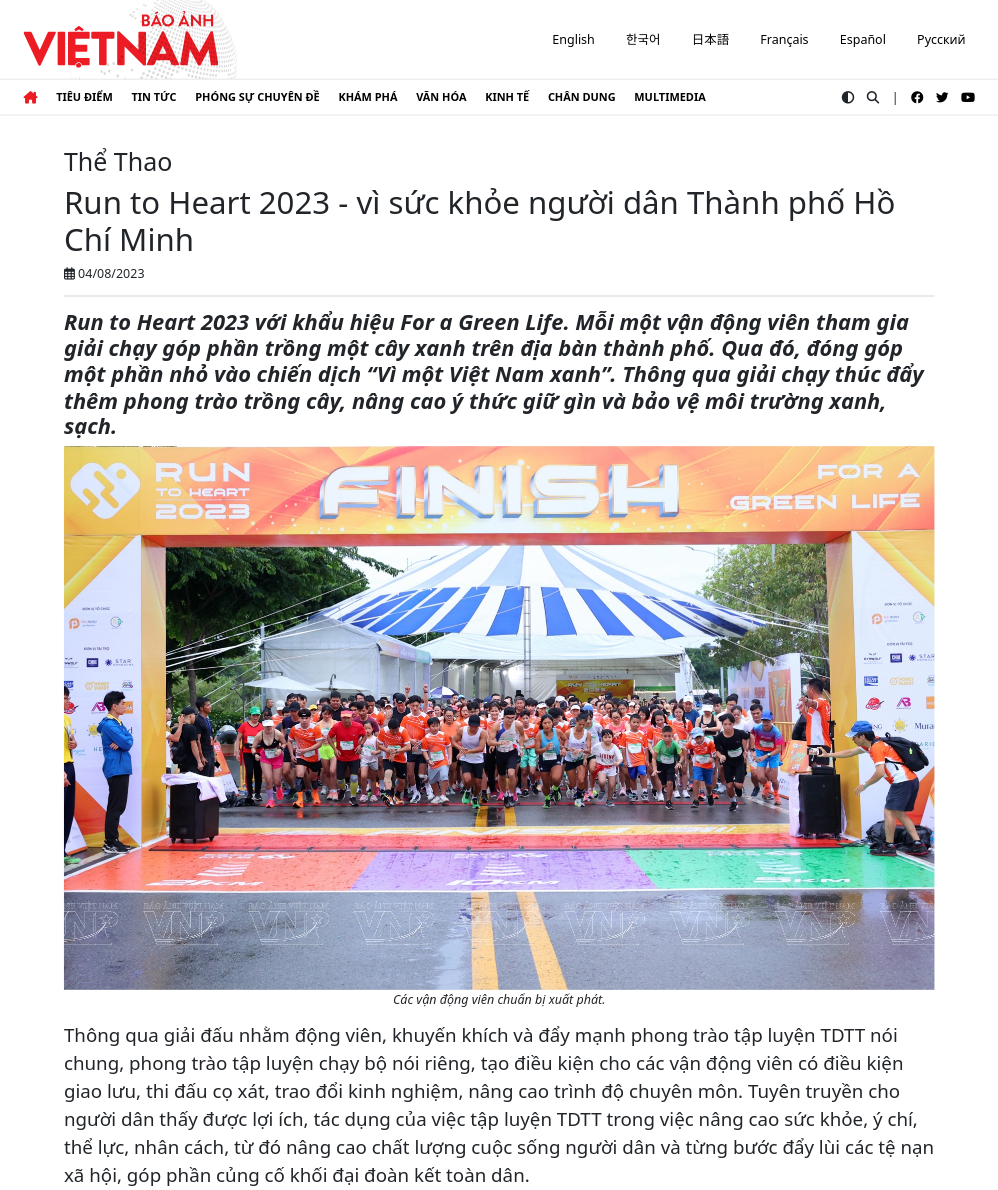
Repository: kietdotshp/webtintuc
Page: Detail.html
The author's editor kept a copy of each file at every save. The page is drawn from the files as they stood at one save, then again after a run of saves.
The browser window is 1280 px wide. The pictures show the whole page, at 78% of full size.
Some web libraries are served in a nearby version.

Above is the page before, as saved 2023-08-10 16:21:34.

### Detail.html
<!DOCTYPE html>
<html lang="en">

<head>
    <title></title>
    <meta charset="UTF-8">
    <meta name="viewport" content="width=device-width, initial-scale=1">
    <link href="assets/css/detail.css" rel="stylesheet">
    <link href="https://cdn.jsdelivr.net/npm/bootstrap@5.3.1/dist/css/bootstrap.min.css" rel="stylesheet"
        integrity="sha384-4bw+/aepP/YC94hEpVNVgiZdgIC5+VKNBQNGCHeKRQN+PtmoHDEXuppvnDJzQIu9" crossorigin="anonymous">
    <link href="https://cdn.jsdelivr.net/npm/bootstrap@5.3.1/dist/css/bootstrap.min.css" rel="stylesheet"
        integrity="sha384-4bw+/aepP/YC94hEpVNVgiZdgIC5+VKNBQNGCHeKRQN+PtmoHDEXuppvnDJzQIu9" crossorigin="anonymous" />
    <script src="https://cdn.jsdelivr.net/npm/bootstrap@5.3.1/dist/js/bootstrap.bundle.min.js"></script>
    <script src="https://kit.fontawesome.com/a076d05399.js"></script>
    <link rel="stylesheet" href="https://cdnjs.cloudflare.com/ajax/libs/font-awesome/6.4.2/css/all.min.css"
        integrity="sha512-z3gLpd7yknf1YoNbCzqRKc4qyor8gaKU1qmn+CShxbuBusANI9QpRohGBreCFkKxLhei6S9CQXFEbbKuqLg0DA=="
        crossorigin="anonymous" referrerpolicy="no-referrer" />

    <link rel="stylesheet" href="https://cdnjs.cloudflare.com/ajax/libs/font-awesome/4.7.0/css/font-awesome.min.css" />
</head>

<header>
    <div class="container-custom">
        <section class="d-flex align-items-center justify-content-between">
            <!-- Web logo -->
            <figure class="web-logo">
                <img src="./assets/images/logo-vi.svg" alt="Logo" class="img-contain" />
            </figure>

            <div class="d-none d-lg-flex align-items-center gap-3">
                <a href="javascript:void(0)" class="choose-lang">English</a>
                <a href="javascript:void(0)" class="choose-lang">한국어</a>
                <a href="javascript:void(0)" class="choose-lang">日本語</a>
                <a href="javascript:void(0)" class="choose-lang">Français</a>
                <a href="javascript:void(0)" class="choose-lang">Español</a>
                <a href="javascript:void(0)" class="choose-lang">Русский</a>
            </div>

            <a class="mobile-menu d-lg-none" href="javascript:void(0)">
                <i class="fa-solid fa-bars-staggered fs-2"></i>
            </a>
        </section>
    </div>

    <div class="line-seperate-horizontal"></div>

    <div class="container-custom">
        <section class="d-flex align-items-center justify-content-between py-3 py-lg-0">
            <div class="d-flex align-items-center gap-4 gap-xxl-5">
                <a href="javascript:void(0)">
                    <i class="fa-solid fa-house-chimney color-primary"></i>
                </a>

                <div class="d-none d-lg-flex align-items-center gap-4 gap-xxl-5">
                    <a href="javascript:void(0)" class="menu-item">Tiêu điểm</a>
                    <a href="javascript:void(0)" class="menu-item">Tin tức</a>
                    <a href="javascript:void(0)" class="menu-item">Phóng sự chuyên đề</a>
                    <a href="javascript:void(0)" class="menu-item">Khám phá</a>
                    <a href="javascript:void(0)" class="menu-item">Văn hóa</a>
                    <a href="javascript:void(0)" class="menu-item">Kinh tế</a>
                    <a href="javascript:void(0)" class="menu-item">Chân dung</a>
                    <a href="javascript:void(0)" class="menu-item">Multimedia</a>
                </div>
            </div>

            <div class="d-flex align-items-center gap-3">
                <div class="d-flex align-items-center gap-3">
                    <div class="cursor-pointer">
                        <i class="fa-solid fa-circle-half-stroke"></i>
                    </div>
                    <div class="cursor-pointer">
                        <i class="fa-solid fa-magnifying-glass"></i>
                    </div>
                </div>

                <div class="d-lg-none d-xl-block">|</div>

                <div class="d-lg-none d-xl-flex align-items-center gap-3">
                    <a href="javascript:void(0)">
                        <i class="fa-brands fa-facebook-f"></i>
                    </a>
                    <a href="javascript:void(0)">
                        <i class="fa-brands fa-twitter"></i>
                    </a>
                    <a href="javascript:void(0)">
                        <i class="fa-brands fa-youtube"></i>
                    </a>
                </div>
            </div>
        </section>
    </div>
</header>
<div class="line-seperate-horizontal"></div>

<body>
    <div class="container">
        <div class="detailmenu">
            <h2>
                <link href="#" target="kiểu mở liên kết">Thể Thao</link>
            </h2>
            <h1>Run to Heart 2023 - vì sức khỏe người dân Thành phố Hồ Chí Minh</h1>
            <div class="timeline">
                <time>
                    <i class="fa-regular fa-calendar"></i>
                    04/08/2023
                </time>
            </div>
            <hr />
        </div>
        <div>
            <h3>
                <span class="title">Run to Heart 2023 với khẩu hiệu For a Green Life.
                    Mỗi một vận động viên tham gia giải chạy góp phần trồng một cây xanh trên địa bàn thành phố.
                    Qua đó, đóng góp một phần nhỏ vào chiến dịch “Vì một Việt Nam xanh”. Thông qua giải chạy thúc đẩy
                    thêm phong trào trồng cây, nâng cao ý thức giữ gìn và bảo vệ môi trường xanh, sạch.
                </span>
            </h3>
            <img src="assets/images/detail1.jpg">
            <p style="color:darkbluel;text-align:center;font-style:italic;">Các vận động viên chuẩn bị xuất phát.
            </p>
            <div class="content1">Thông qua giải đấu nhằm động viên, khuyến khích và đẩy mạnh phong trào tập luyện TDTT nói chung, phong trào tập luyện chạy bộ nói riêng, tạo điều kiện cho các vận động viên có điều kiện giao lưu, thi đấu cọ xát, trao đổi kinh nghiệm, nâng cao trình độ chuyên môn.

                Tuyên truyền cho người dân thấy được lợi ích, tác dụng của việc tập luyện TDTT trong việc nâng cao sức khỏe, ý chí, thể lực, nhân cách, từ đó nâng cao chất lượng cuộc sống người dân và từng bước đẩy lùi các tệ nạn xã hội, góp phần củng cố khối đại đoàn kết toàn dân.
            </div>
        </div>

    </div>
</body>

</html>

### assets/css/detail.css
:root {
    --main-color: #333;
    --main-red-color: #ed1c24;
    --main-white-color: #fff;
    --main-blue-color-1: #b8dcf3;
    --main-blue-color-2: #467491;
    --main-grey-color-1: #666;
    --main-grey-color-2: #888;
    --main-grey-color-3: #f0f0f0;
    --main-border-color: #e0e0e0;
  }

  /* Common */
  .body {
    display: flex;
    flex-direction: column;
    min-height: 100vh;
    font-size: 16px;
    color: var(--main-color);
    font-family: 'Roboto-Regular', sans-serif;
  }

  .img-cover {
    width: 100%;
    height: 100%;
    object-fit: cover;
  }

  .img-contain {
    width: 100%;
    height: 100%;
    object-fit: contain;
  }

  img {
    max-width: 100%;
    max-height: 100%;
  }

  a {
    text-decoration: none !important;
    color: initial !important;
  }

  .color-primary {
    color: var(--main-red-color);
  }

  .cursor-pointer {
    cursor: pointer;
  }

  .container-custom {
    max-width: 1400px;
    padding-inline: 15px;
    margin: 0 auto;

    @media (min-width: 768px) {
      padding-inline: 30px;
    }
  }

  .text-line-clamp-2 {
    display: -webkit-box;
    -webkit-line-clamp: 2;
    -webkit-box-orient: vertical;
    overflow: hidden;
  }

  .text-line-clamp-3 {
    display: -webkit-box;
    -webkit-line-clamp: 3;
    -webkit-box-orient: vertical;
    overflow: hidden;
  }

  .image-padding-top {
    position: relative;
    padding-top: 56.25%;
  }

  /* Header css */
  .web-logo {
    position: relative;
    padding-block: 14px;
    margin-bottom: 0;
    width: 150px;

    @media (min-width: 992px) {
      width: 250px;
    }
  }

  .web-logo::after {
    content: '';
    background: url('../images/earth-digital.svg') no-repeat;
    width: 100%;
    height: 100%;
    opacity: 0.2;
    position: absolute;
    right: -60px;
    top: 0;
  }

  .choose-lang {
    border-radius: 9999px;
    padding: 6px 12px;
  }

  .choose-lang:hover {
    background-color: var(--main-border-color);
  }

  .line-seperate-horizontal {
    width: 100%;
    height: 1px;
    background-color: #e0e0e0;
  }

  .line-seperate-vertical {
    width: 1px;
    height: 100%;
    background-color: #e0e0e0;
    margin: 0 auto;
  }

  .menu-item {
    text-transform: uppercase;
    font-weight: 700;
    font-size: 14px;
    position: relative;
    padding-block: 12px;
    white-space: nowrap;
  }

  .menu-item::before {
    content: '';
    position: absolute;
    top: -1px;
    left: 50%;
    right: 50%;
    transform: translate(-50%, 0);
    width: 0;
    height: 2px;
    background: var(--main-red-color);
    transition: all 0.2s linear;
  }

  .menu-item:hover:before {
    width: 100%;
  }

  /* Carousel */
  .carousel-item {
    position: absolute !important;
    top: 0;
    left: 0;
    width: 100%;
    height: 100%;
  }

  .carousel-control-next,
  .carousel-control-prev {
    width: 10% !important;
  }

  .carousel-control-prev,
  .carousel-control-next {
    opacity: 0 !important;
  }

  .carousel:hover .carousel-control-prev,
  .carousel:hover .carousel-control-next {
    transition: all 0.3s linear;
    opacity: 1 !important;
  }

  /* Main */
  .content {
    border: 1px solid var(--main-border-color);
    padding: 20px;
  }

  .content-spacing {
    margin-block: 40px;
  }

  .content-title {
    display: inline-block;
    color: var(--main-red-color);
    line-height: 26px;
    font-size: 26px;
    font-weight: 600;
    margin-bottom: 20px;
  }

  .article-title {
    font-size: 22px;
    font-weight: 600;
  }

  .article-title.sub {
    font-size: 16px;
  }

  .article-category {
    text-transform: uppercase;
    font-size: 12px;
    color: var(--main-grey-color-2);
  }

  .content-ul-list {
    padding-left: 20px;
    margin-bottom: 0;
    max-height: 480px;
    overflow: auto;
  }

  .content-ul-list li::marker {
    color: var(--main-red-color);
  }

  /* Spacing */
  .mb-10px {
    margin-bottom: 10px;
  }

  .max-w-40px {
    max-width: 40px !important;
  }
  .h2{
    color: var(--main-red-color);
  }
  .detailmenu{
    margin-top: 40px;
  }
  .title{
    font-weight: 700;
    font-style:italic;
  }
  .content1{
    font-size:24px;
  }

After the next 2 saves:
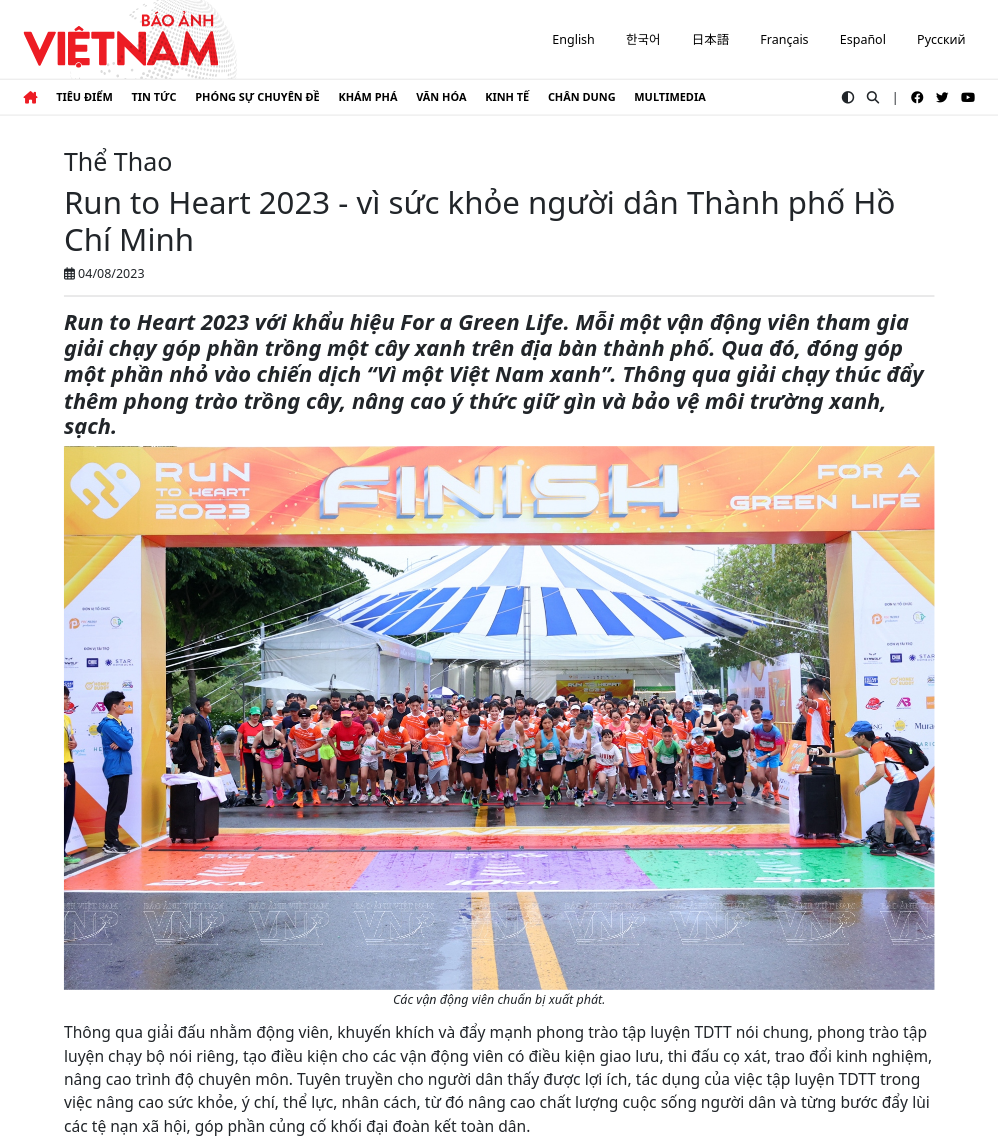
The 2 saves are shown as one change because they came seconds apart.
The last was saved 50 s later.
--- a/assets/css/detail.css
+++ b/assets/css/detail.css
@@ -239,5 +239,7 @@
     font-style:italic;
   }
   .content1{
-    font-size:24px;
-  }
+    font-size: 1.25rem;
+    line-height: 1.5;
+
+  }
